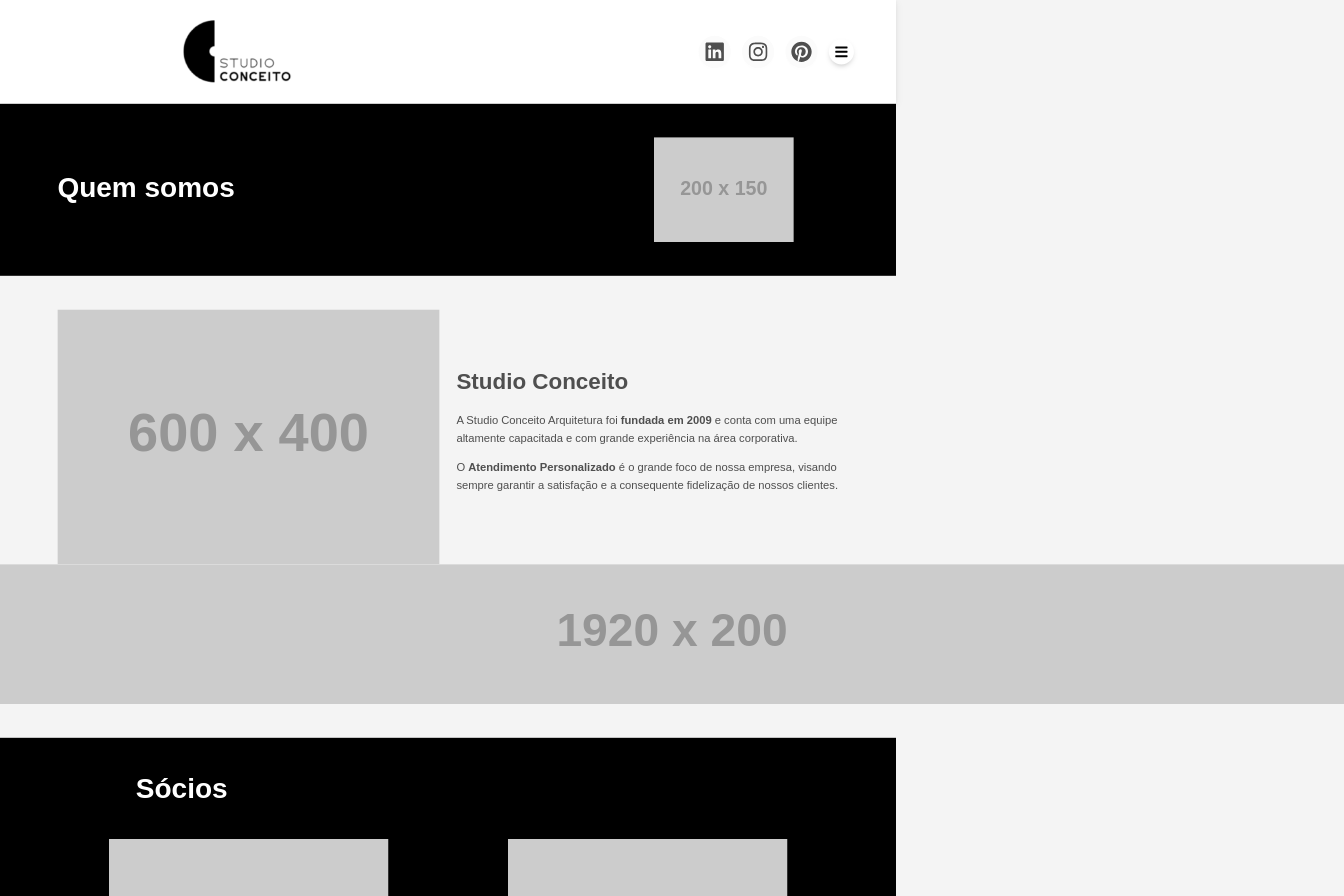
Repository: Upstairs-Agencia/studio-conceito-react
Page: /quem-somos
An editor plug-in stored every save of this project. The page is shown before and after the next save, followed by the edit.
The browser window is 1280 px wide. The page is 1920 px wide, so the pictures cover 1920 px, including what lies to the right of the window. The pictures show the part of the page from y = 0 to 1280 px (the page is 3527 px tall), at 70% of full size.
The project was rebuilt for these pictures with package versions that can differ from the ones it lists, and the page was loaded fresh each time. Also part of the build but not shown: src/pages/Home.js, src/pages/Servicos.js, src/styles/cases.css, src/pages/Cases.js, src/pages/Blog.js, src/pages/Clientes.js, src/pages/Contato.js.

Above is the page before, as saved 2024-12-29 13:01:35.

After the next save:
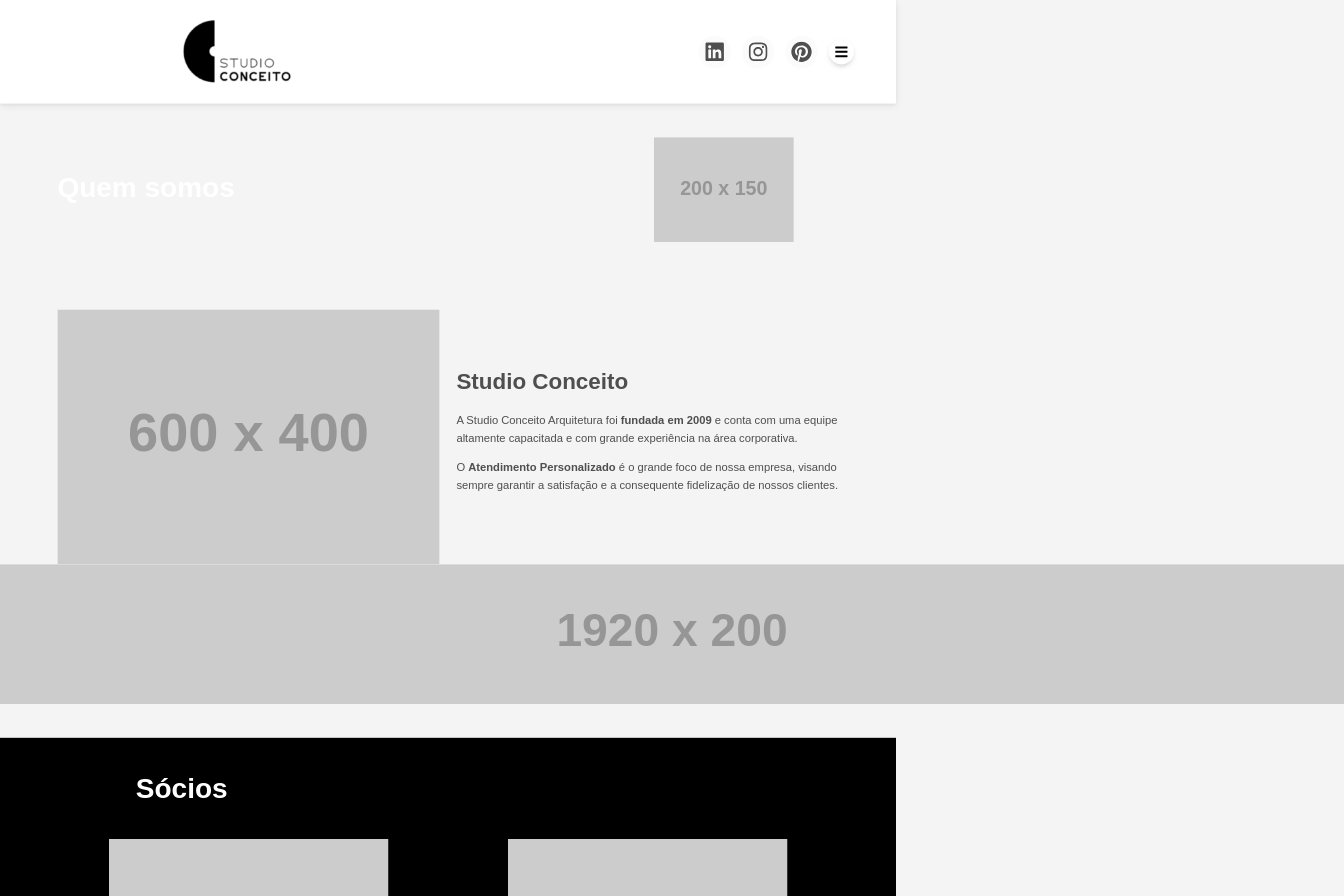
Saved 90 s later.
--- a/src/pages/QuemSomos.js
+++ b/src/pages/QuemSomos.js
@@ -13,7 +13,7 @@ export default function QuemSomos() {
       <Navbar />
 
       {/* Seção de cabeçalho do quem somos */}
-      <section className="bg-black text-white py-5">
+      <section className="text-white py-5">
         <MDBContainer>
           <MDBRow className="align-items-center">
             <MDBCol md="6">
